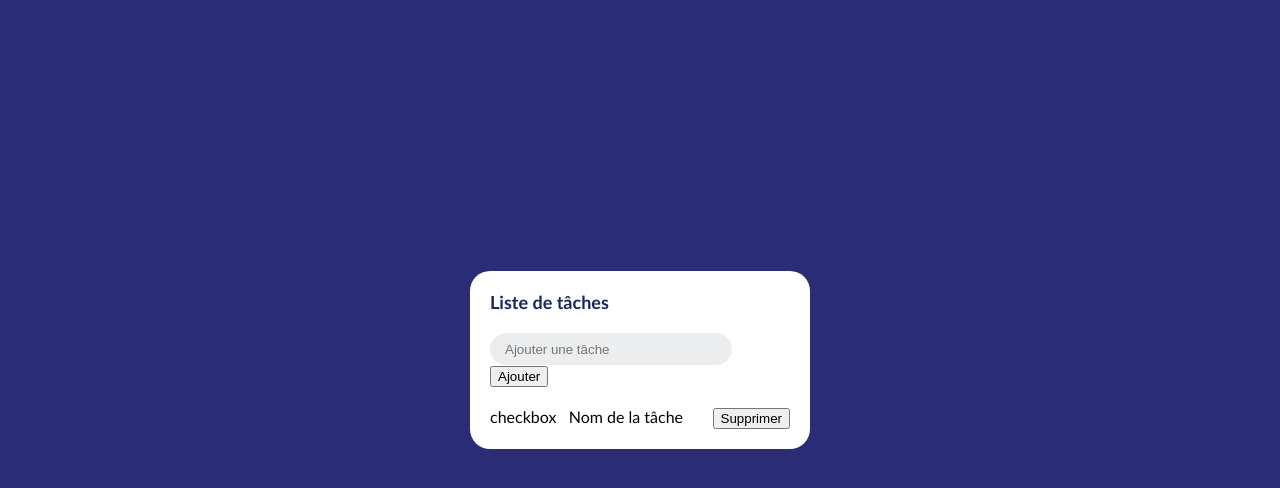
Repository: ndiemenguer/convertisseur
Page: / (app in todo-isep/)
An editor plug-in stored every save of this project. The page is shown before and after the next save, followed by the edit.
The browser window is 1280 px wide. The pictures show the whole page.
The project was rebuilt for these pictures with package versions that can differ from the ones it lists, and the page was loaded fresh each time. Also part of the build but not shown: todo-isep/vite.config.js, todo-isep/src/Application.jsx, todo-isep/src/index.css.

Above is the page before, as saved 2023-05-06 12:28:35.

After the next save:
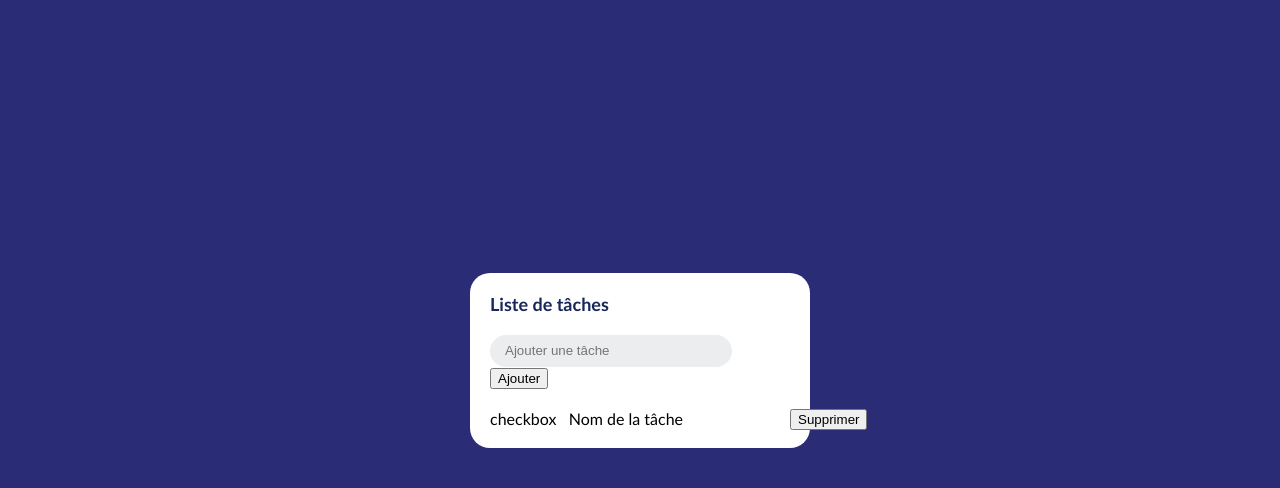
Saved 11 s later.
--- a/todo-isep/src/App.jsx
+++ b/todo-isep/src/App.jsx
@@ -17,7 +17,7 @@ function App() {
           <div className="todo-box">
             <div>checkbox &nbsp; Nom de la tâche</div>
             <div>
-              <button>Supprimer</button>
+              <button className="button">Supprimer</button>
             </div>
           </div>
         </div>
